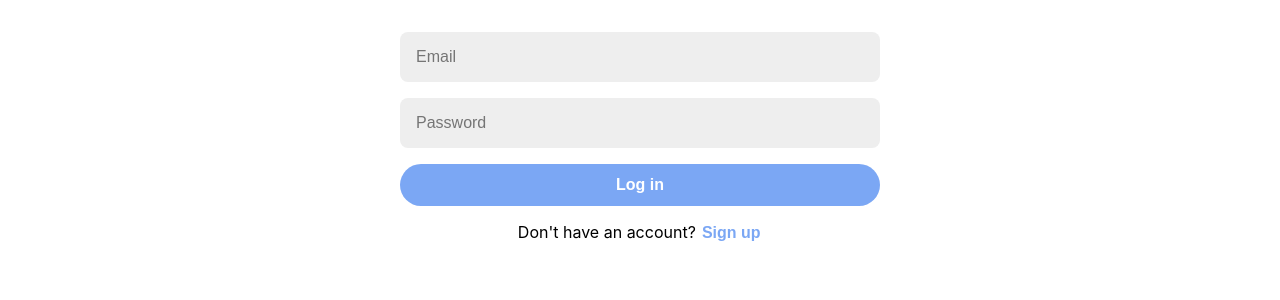
Repository: J-Lany/daniella-edu
Page: /login (app in react-frontend/)
These files come from the project's save history. The page is drawn as it stood at one moment and after the next save; the edit follows.
The browser window is 1280 px wide. The pictures show the whole page.
Some web fonts or font styles are not loaded; a fallback is used. The project was rebuilt for these pictures with package versions that can differ from the ones it lists, and the page was loaded fresh each time. Also part of the build but not shown: react-frontend/src/components/Toast/Toast.tsx, react-frontend/src/pages/Registration/Registration-page.tsx, react-frontend/src/pages/Chat/Chat-page.tsx, react-frontend/src/pages/error/Error-page.tsx.

Above is the page before, as saved 2024-08-07 15:22:10.

After the next save:
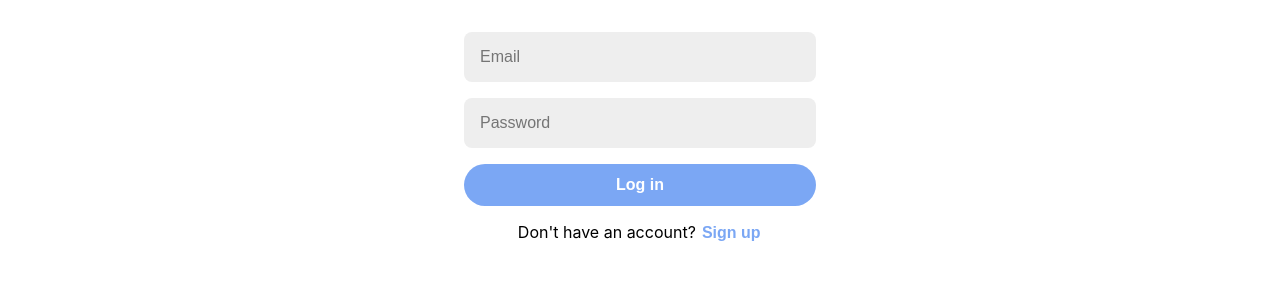
Saved 79 s later.
--- a/react-frontend/src/pages/login/styles.module.css
+++ b/react-frontend/src/pages/login/styles.module.css
@@ -3,6 +3,8 @@
     margin: 0 auto;
     padding: 2rem;
     text-align: center;
+    display: flex;
+    justify-content: center;
   }
 
   .loginForm {

After the 3 saves that followed:
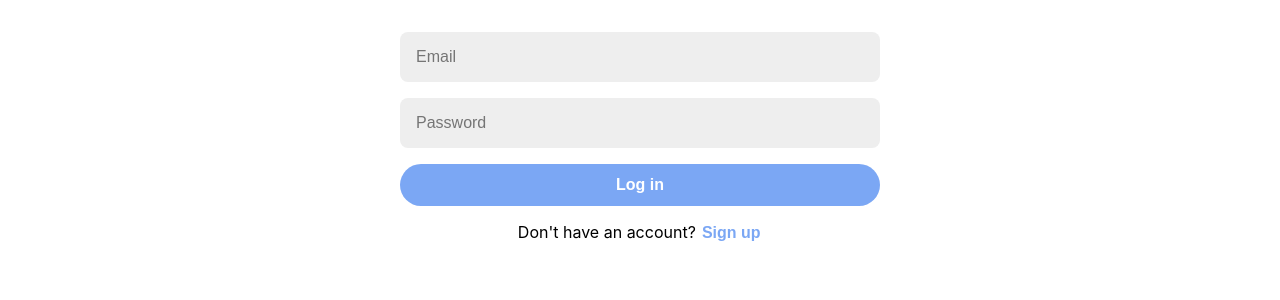
The 3 saves are shown as one change because 1 left the picture as it was and some came seconds apart.
The last was saved 37 s later.
--- a/react-frontend/src/pages/login/styles.module.css
+++ b/react-frontend/src/pages/login/styles.module.css
@@ -3,7 +3,6 @@
     margin: 0 auto;
     padding: 2rem;
     text-align: center;
-    display: flex;
     justify-content: center;
   }
 
